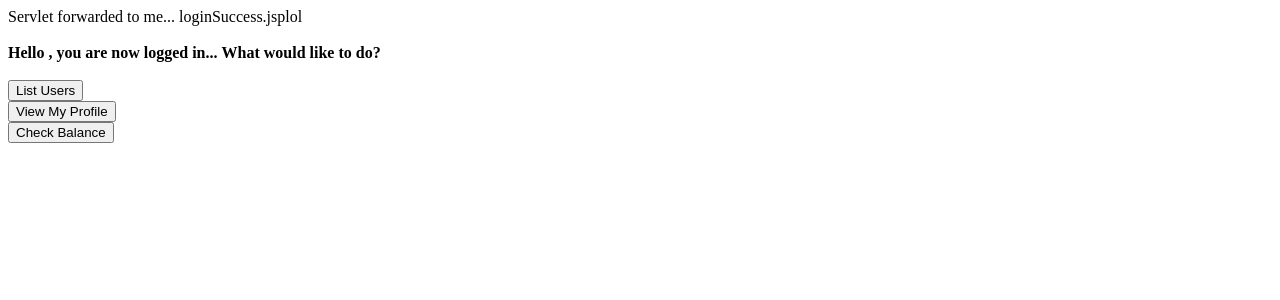
Repository: kingron98/SoftEng-Bank-Web-Application-
Page: http://localhost/SE3_BankWebApp/loginSuccess.jsp
These files come from the project's save history. The page is drawn as it stood at one moment and after the next save; the edit follows.
The browser window is 1280 px wide. The pictures show the whole page.
The page is served by Tomcat 9.

Above is the page before, as saved 2020-12-11 20:00:27.

After the next save:
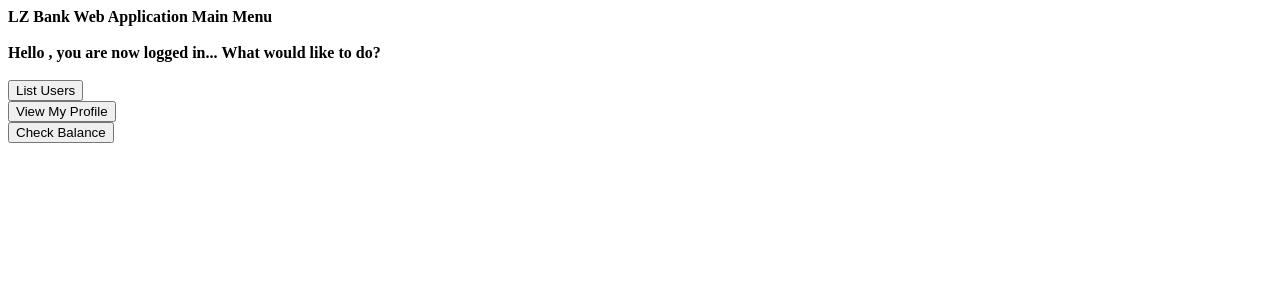
Saved 7 min 6 s later.
--- a/SE3 Bank App/Java/Workspace/SE3_BankWebApp/WebContent/loginSuccess.jsp
+++ b/SE3 Bank App/Java/Workspace/SE3_BankWebApp/WebContent/loginSuccess.jsp
@@ -11,7 +11,7 @@
 </head>
 
 <body>
-	Servlet forwarded to me... loginSuccess.jsplol
+	<b>LZ Bank Web Application Main Menu</b>
 
 	<br/><br/>
 
